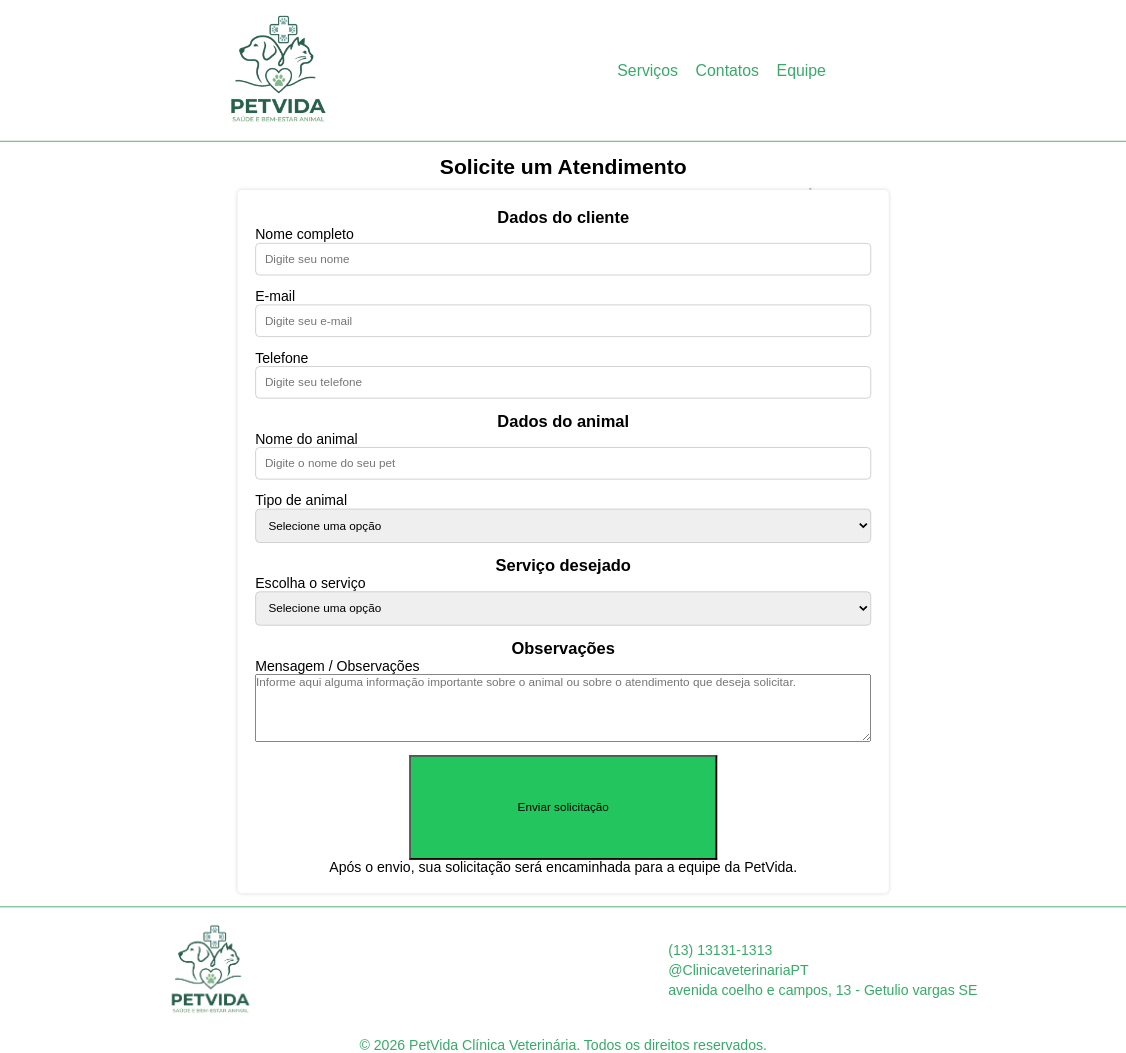
Repository: antonymsantana-design/Veterinario
Page: contatos.html
The author's editor kept a copy of each file at every save. The page is drawn from the files as they stood at one save, then again after a run of saves.
The browser window is 1280 px wide. The pictures show the whole page, at 88% of full size.

Above is the page before, as saved 2026-10-03 19:13:19.

### contatos.html
<!doctype html>
<html lang="pt-br">
  <head>
    <meta charset="UTF-8" />
    <meta name="viewport" content="width=device-width, initial-scale=1.0" />
    <title>Cebola Hair</title>
    <link rel="stylesheet" href="style.css" />
    <script src="script3.js" defer></script>
  </head>
  <header>
    <div class="conteudoH" id="conteudoH">
      <div class="imagem" id="imagem">
        <img src="image/logo.png" alt="logo" class="logoIMG" id="logoIMG" />
      </div>
      <div class="direitaH">
        <div class="links" id="links">
          <a href="serviços.html" class="aLinks" id="servA">Serviços</a>
          <a href="CONTATOS.HTML" class="aLinks" id="contatosA">Contatos</a>
          <a href="Team.html" class="aLinks" id="contatosA">Equipe</a>
        </div>
      </div>
    </div>
  </header>

  <body>
    <h2 class="Our" id="servicosT">Solicite um Atendimento</h2>
    <hr />

    <div class="context">
    <form
      action="https://formsubmit.co/antony.m.santana@aluno.senai.br"
      method="POST"
    >

      <h3>Dados do cliente</h3>

      <div class="campo">
        <label for="nome">Nome completo</label>
        <input
          type="text"
          name="nome"
          id="nome"
          placeholder="Digite seu nome"
          required
        />
      </div>

      <div class="campo">
        <label for="email">E-mail</label>
        <input
          type="email"
          name="email"
          id="email"
          placeholder="Digite seu e-mail"
          required
        />
      </div>

      <div class="campo">
        <label for="telefone">Telefone</label>
        <input
          type="tel"
          name="telefone"
          id="telefone"
          placeholder="Digite seu telefone"
          required
        />
      </div>

      <h3>Dados do animal</h3>

      <div class="campo">
        <label for="animal">Nome do animal</label>
        <input
          type="text"
          name="animal"
          id="animal"
          placeholder="Digite o nome do seu pet"
          required
        />
      </div>

      <div class="campo">
        <label for="tipo">Tipo de animal</label>

        <select name="tipo_animal" id="tipo" required>
          <option value="">Selecione uma opção</option>
          <option value="Cachorro">Cachorro</option>
          <option value="Gato">Gato</option>
          <option value="Outro">Outro</option>
        </select>
      </div>

      <h3>Serviço desejado</h3>

      <div class="campo">
        <label for="servico">Escolha o serviço</label>

        <select name="servico" id="servico" required>
          <option value="">Selecione uma opção</option>
          <option value="Consulta veterinária">Consulta veterinária</option>
          <option value="Vacinação">Vacinação</option>
          <option value="Banho e tosa">Banho e tosa</option>
          <option value="Exames laboratoriais">Exames laboratoriais</option>
          <option value="Atendimento de emergência">
            Atendimento de emergência
          </option>
          <option value="Acompanhamento veterinário">
            Acompanhamento veterinário
          </option>
        </select>
      </div>

      <h3>Observações</h3>

      <div class="campo">
        <label for="mensagem">Mensagem / Observações</label>

        <textarea
          name="mensagem"
          id="mensagem"
          rows="5"
          placeholder="Informe aqui alguma informação importante sobre o animal ou sobre o atendimento que deseja solicitar."
        ></textarea>
      </div>

      <input
        type="hidden"
        name="_next"
        value="http://127.0.0.1:5500/sucsses.html"
      />

      <button type="submit" class="buto">Enviar solicitação</button>

      <p class="texto-form">
        Após o envio, sua solicitação será encaminhada para a equipe da PetVida.
      </p>
    </form>
    </div>
  </body>
  <footer id="footer">
    <div class="cimaF">
      <div class="direita">
        <img src="image/logo.png" alt="logo" class="logoIMGF" id="logoIMG" />
      </div>

      <div class="esquerda">
        <p>(13) 13131-1313</p>
        <p>@ClinicaveterinariaPT</p>
        <p>avenida coelho e campos, 13 - Getulio vargas SE</p>
      </div>
    </div>
    <div class="baixoF">
      <p>© 2026 PetVida Clínica Veterinária. Todos os direitos reservados.</p>
    </div>
  </footer>
</html>

### style.css
* {
  padding: 0px;
  margin: 0px;
  font-family: Arial, Helvetica, sans-serif;
}

header {
  background-color: #ffffff;
  height: 160px;
  display: flex;
  justify-content: center;
  align-items: center;
  border-bottom: 1px solid #39a96b;
}

.conteudoH {
  display: flex;
  justify-content: center;
  align-items: center;
  gap: 300px;
}

.imagem {
  margin-left: 20px;
  margin-top: 5px;
  display: flex;
  justify-content: center;
  align-items: center;
  gap: 30px;
  font-weight: 600;
  font-size: 22px;
}

.logoIMG {
  width: 170px;
  margin-bottom: 10px;
  cursor: pointer;
}

.logoH {
  color: white;
}

.links {
  display: flex;
  gap: 20px;
  justify-content: center;
  padding-right: 130px;
  font-size: 18px;
}

.links a {
  text-decoration: none;
  color: #39a96b;
  transition: 0.5s ease;
}

.aLinks:hover {
  transform: translateY(-5px);
  box-shadow: 0 4px 10px rgba(0, 0, 0, 0.15);
  background-color: #39a96b;
  color: #f5f5f5;
  border-radius: 5px;
  width: 120px;
  height: 30px;
  display: flex;
  justify-content: center;
  align-items: center;
}

.btnDiv {
  display: flex;
}

.btn {
  display: flex;
  justify-content: center;
  width: 140px;
  height: 50px;
  background-color: #22c55e;
  border: none;
  color: white;
  align-items: center;
  border-radius: 8px;
  transition: 0.3s ease;
  cursor: pointer;
  font-size: 14px;
}

.btn:hover {
  transform: translateY(-5px);
  box-shadow: 0 8px 15px rgba(0, 0, 0, 0.4);
}

.direitaH {
  display: flex;
  justify-content: center;
  align-items: center;
}

.conteudo {
  background-image: url(image/Cuidando\ de\ Quem\ Amamos.png);
  background-repeat: no-repeat;
  background-size: cover;
  background-position: center;
  height: 80vh;
  color: white;
}

.card {
  background-color: #fdeec7;
  width: 270px;
  height: 220px;
  display: flex;
  flex-direction: column;
  justify-content: center;
  align-items: center;
  border-radius: 5px;
}

.cards {
  display: flex;
  justify-content: center;
  gap: 40px;
  padding-top: 20px;
  padding-bottom: 20px;
}

.card h4 {
  color: #22c55e;
}

.icone {
  width: 120px;
  height: 120px;
  padding-bottom: 10px;
}

.Our {
  padding-top: 15px;
  text-align: center;
  padding-bottom: 10px;
}

hr {
  color: #22c55e;
  text-align: center;
  margin-left: 920px;
  margin-right: 920px;
}

.agendar {
  display: flex;
  justify-content: space-around;
  align-items: center;
  padding-bottom: 20px;
}

.form {
  background-color: #ecf2f7;
  width: 600px;
  height: 300px;
  border-radius: 7px;
  display: flex;
  justify-content: center;
  flex-direction: column;
}

.formCima {
  padding-top: 20px;
  display: flex;
  justify-content: center;
  align-items: center;
  flex-direction: column;
}

.quadrado {
  display: grid;
  justify-content: center;
  grid-template-columns: repeat(2, 200px);
  gap: 30px;
  column-gap: 70px;
  margin-right: 40px;
}

.esq {
  font-size: 25px;
}

footer {
  display: flex;
  justify-content: center;
  align-items: center;
  flex-direction: column;
  background-color: #ffffff;
  color: #39a96b;
  border-top: 1px solid #39a96b;
}

.AbH2 {
  padding-left: 20px;
  padding-right: 20px;
  padding-bottom: 10px;
  padding-top: 10px;
  text-align: center;
}

.AbH3 {
  padding-left: 20px;
  padding-right: 20px;
  padding-bottom: 10px;
  padding-top: 10px;
  text-align: center;
  margin-left: 425px;
  margin-right: 425px;
}

.topc {
  display: flex;
  justify-content: center;
  align-items: center;
  flex-direction: column;
  text-align: center;
  max-width: 350px;
}

.topics {
  display: flex;
  justify-content: center;
  gap: 100px;
  padding-bottom: 25px;
}

.topcIMG {
  width: 290px;
  height: 260px;
  border-radius: 25px;
  cursor: pointer;
  padding-bottom: 10px;
  padding-top: 10px;
}

.topcH {
  padding-bottom: 10px;
}

.cimaF {
  display: flex;
  justify-content: center;
  gap: 450px;
  align-items: center;
  margin-bottom: 4px;
}

.logoIMGF {
  width: 140px;
  cursor: pointer;
}

.esquerda {
  display: flex;
  flex-direction: column;
  gap: 5px;
}

.formu {
  width: 240px;
  height: 30px;
  border-radius: 5px;
  border: none;
}

.forms {
  width: 500px;
  height: 30px;
  border-radius: 5px;
  border: none;
}

.agendarbtn {
  display: flex;
  justify-content: center;
  align-items: center;
  width: 512px;
  height: 40px;
  background-color: #22c55e;
  border: none;
  color: white;
  border-radius: 8px;
  transition: 0.3s ease;
  cursor: pointer;
  margin-top: 15px;
}

.agendarbtn:hover {
  transform: translateY(-5px);
}

.btnAgendar {
  display: flex;
  justify-content: center;
  align-items: center;
}

/*pagina de serviços*/

.primeiro {
  background-color: #f0f9f4;
  width: 300px;
  padding-bottom: 13px;
  margin-left: 20px;
  text-align: center;
  padding-top: 13px;
  flex-wrap: wrap;
  border-radius: 15px;
}

.cards {
  display: grid;
  justify-content: center;
  grid-template-columns: repeat(3, 400px);
  gap: 50px;
  padding-bottom: 15px;
}
.cards .primeiro img {
  width: 250px;
  height: 250px;
  border-radius: 15px;
}
h1 {
  text-align: center;
  margin-top: 20px;
  margin-bottom: 20px;
}
.texto {
  color: #3c2415;
}
.preco {
  color: #e4c8a4;
}

form {
  display: flex;
  flex-direction: column;
  align-items: center;
  justify-content: center;
  box-shadow: 0px 0px 5px rgba(0, 0, 0, 0.16);
  padding: 20px;
  width: 700px;
  margin: 0 auto;
  border-radius: 5px;
  margin-bottom: 15px;
}

.campo{
    display: flex;
    flex-direction: column;
    margin-bottom: 15px;
    width: 100%;
}

input, select{
    padding: 10px;
    border-radius: 5px;
    border: 1px solid #ccc;
}

.buto{
    padding: 50px;
    background-color: #22c55e;
    width: 50%;
}


/* celular */

@media (max-width: 768px) {
  /* header */
  header {
    height: auto;
    padding: 10px 0;
  }

  .conteudoH {
    flex-direction: column;
    padding-right: 0;
    gap: 15px;
  }

  .imagem {
    margin-left: 0;
    margin-top: 0;
    gap: 10px;
  }

  .logoIMG {
    width: 80px;
    height: 80px;
  }

  .logoH {
    font-size: 20px;
  }

  .direitaH {
    flex-direction: column;
    gap: 15px;
  }

  .links {
    padding-right: 0;
    font-size: 16px;
  }

  .conteudo {
    height: 400px;
  }

  .texto {
    padding-left: 25px;
    padding-right: 25px;
    height: 400px;
    font-size: 25px;
  }

  .texto small {
    font-size: 14px;
  }

  .Our {
    font-size: 25px;
  }

  hr {
    margin-left: 30%;
    margin-right: 30%;
  }

  .cards {
    flex-direction: column;
    align-items: center;
    gap: 20px;
  }

  .card {
    width: 80%;
    max-width: 270px;
  }

  .agendar {
    flex-direction: column;
    gap: 30px;
    padding: 30px 20px;
  }

  .esq {
    font-size: 18px;
    text-align: center;
  }

  .esq h1 {
    font-size: 28px;
  }

  .esq p {
    font-size: 15px;
  }

  .form {
    width: 100%;
    max-width: 600px;
    height: auto;
    padding: 20px 0;
  }

  .forms {
    width: 80%;
  }

  .quadrado {
    grid-template-columns: 1fr;
    gap: 15px;
    margin-right: 0;
  }

  .formu {
    width: 80%;
  }

  .quadrado > div {
    width: 100%;
    text-align: center;
  }

  .quadrado label {
    display: block;
    margin-bottom: 5px;
  }

  .agendarbtn {
    width: 80%;
  }

  footer {
    flex-direction: column;
    gap: 20px;
    padding: 20px;
    text-align: center;
  }

  .esquerda {
    align-items: center;
  }
}

Loaded but not shown: script3.js (no stored copy; drawn as an empty file)

After the next 2 saves:
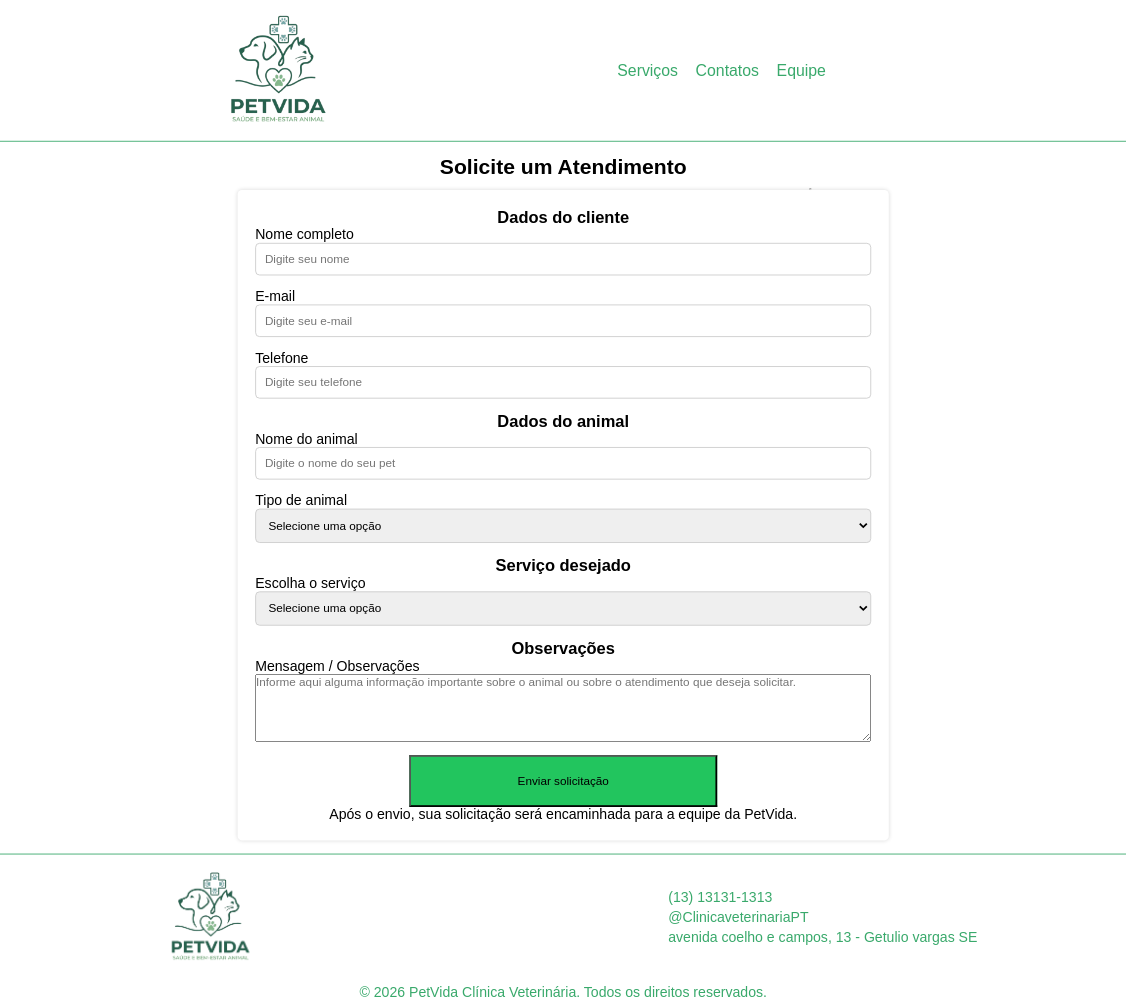
The 2 saves are shown as one change because they came seconds apart.
The last was saved 7 s later.
--- a/style.css
+++ b/style.css
@@ -366,7 +366,7 @@ input, select{
 }
 
 .buto{
-    padding: 50px;
+    padding: 20px;
     background-color: #22c55e;
     width: 50%;
 }
